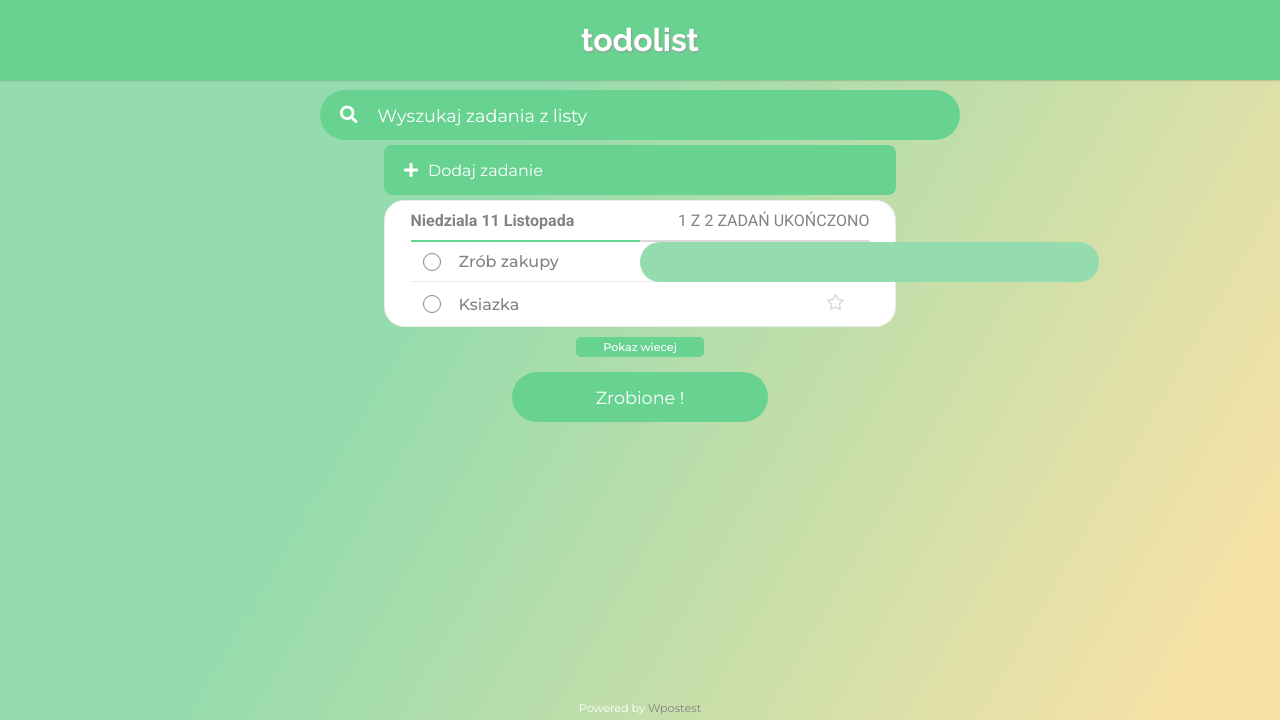
Repository: Wpostest/todolist
Page: src/index.html
An editor plug-in stored every save of this project. The page is shown before and after the next save, followed by the edit.
The browser window is 1280 px wide. The pictures show the whole page.
Some web libraries are served in a nearby version. The style sheet was rebuilt from its Sass, Less or Tailwind sources for each picture, by a compiler version that may differ from the author's.

Above is the page before, as saved 2020-01-29 15:53:35.

After the next save:
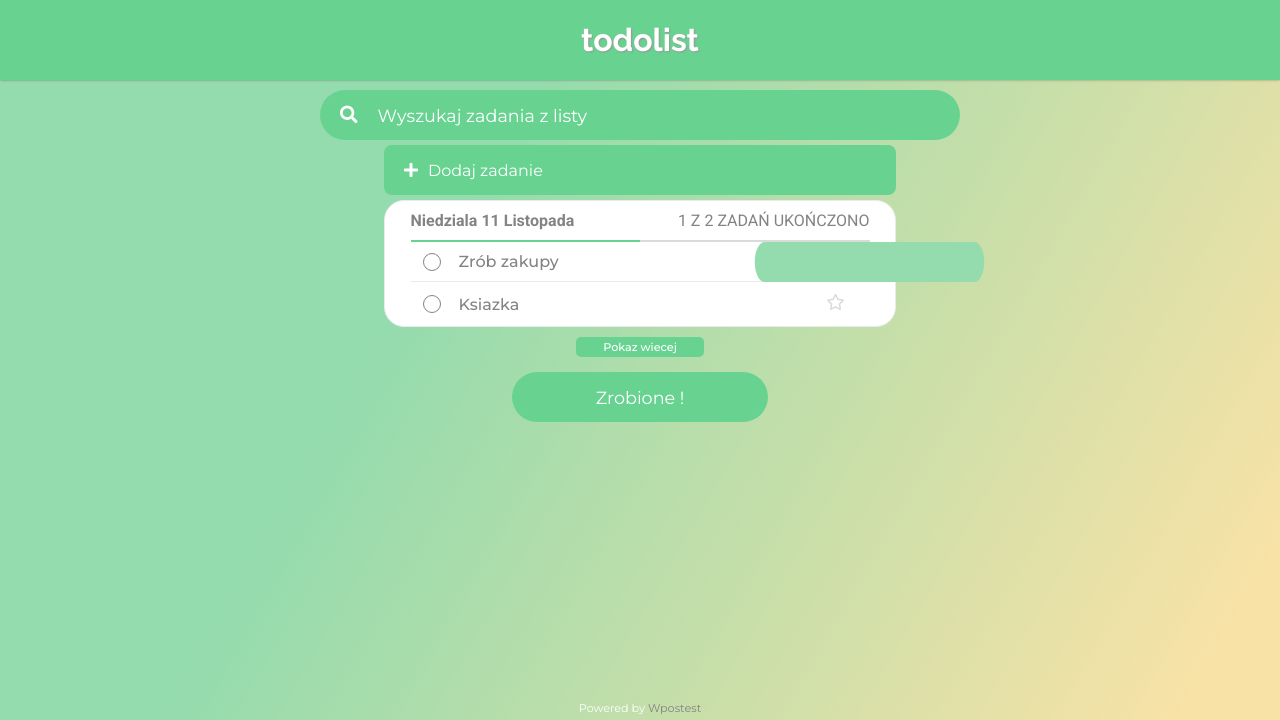
Saved 14 s later.
--- a/src/sass/components/checkboxes/checkbox_done.scss
+++ b/src/sass/components/checkboxes/checkbox_done.scss
@@ -55,6 +55,6 @@
     width: 100%;
     background: $background_secoundary;
     border-radius: 20px;
-    transform: scaleX(-100%);
+    transform: scaleX(-50%);
     transition: transform .7s;
 }
